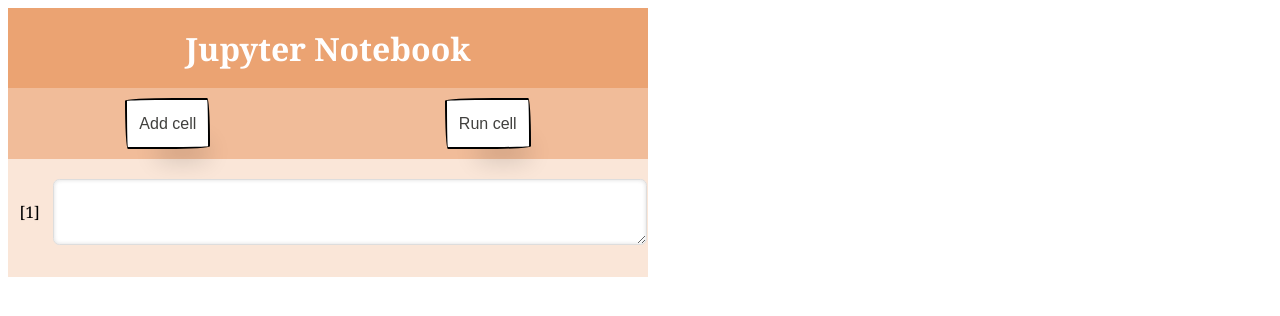
Repository: lingzi-liu/jupyter_notebook_prototype
Page: http://localhost/
These files come from the project's save history. The page is drawn as it stood at one moment and after the next save; the edit follows.
The browser window is 1280 px wide. The pictures show the whole page.
The page is served by the project's application, run on Flask 3 (app.py).

Above is the page before, as saved 2022-11-13 12:16:00.

After the next save:
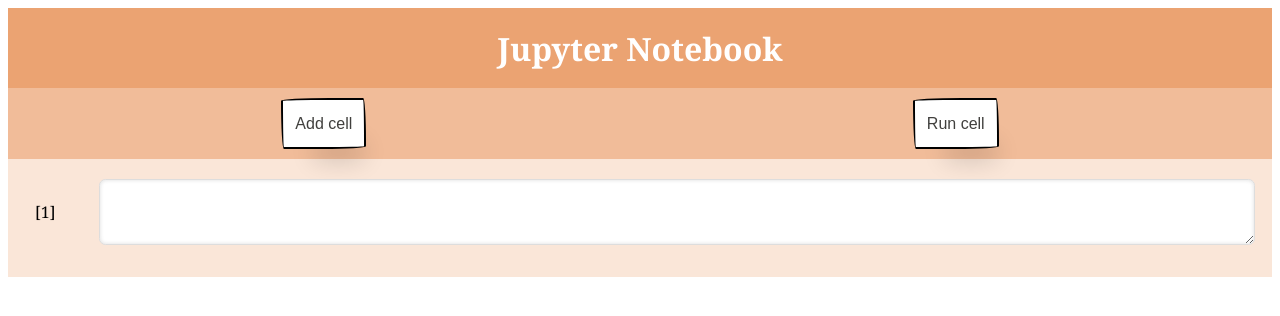
Saved 31 s later.
--- a/static/styles/style.css
+++ b/static/styles/style.css
@@ -1,7 +1,3 @@
-body {
-  max-width: 50%;
-}
-
 #nav {
   height: 80px;
   background-color: rgba(228, 126, 58, 0.712);
